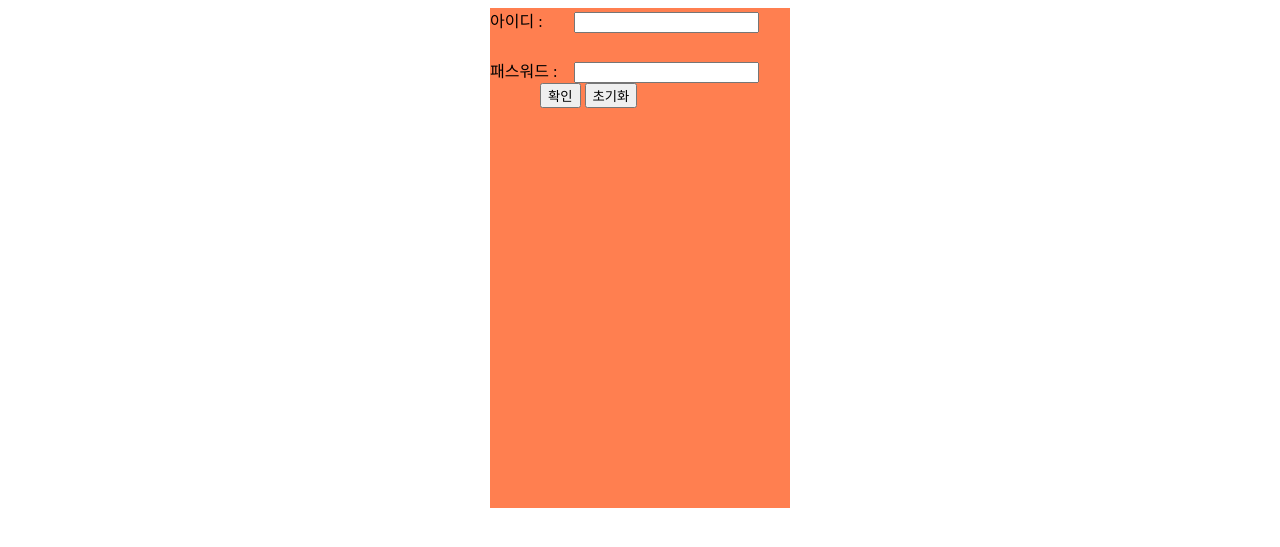
Repository: song-tata/jsp_servlet
Page: chap06/webContants/login.html
These files come from the project's save history. The page is drawn as it stood at one moment and after the next save; the edit follows.
The browser window is 1280 px wide. The pictures show the whole page.

Above is the page before, as saved 2023-05-17 06:36:46.

After the next save:
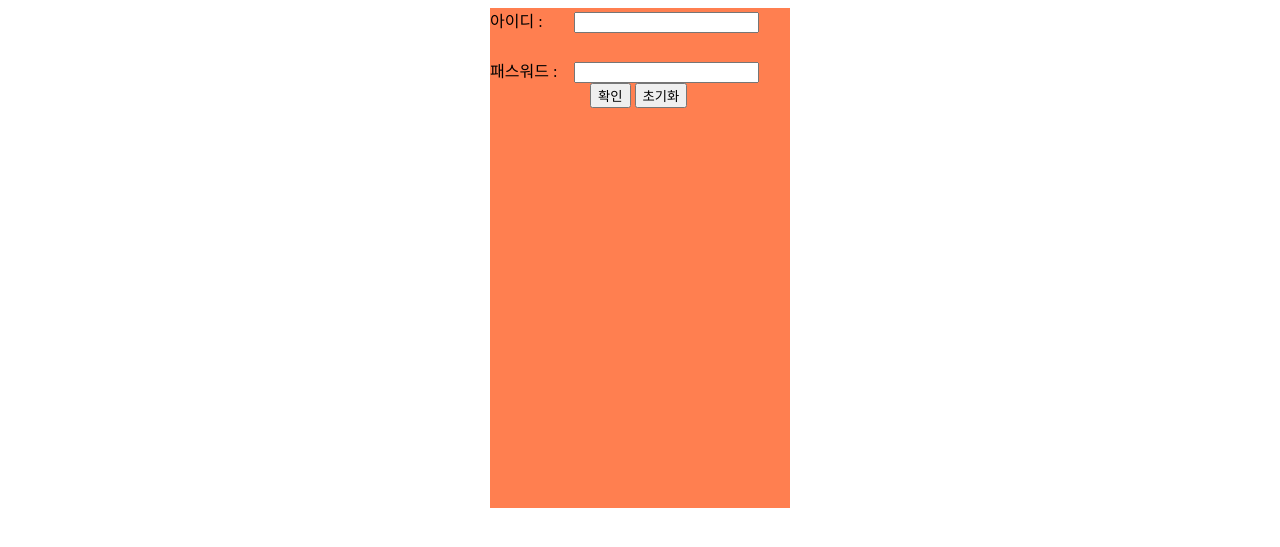
Saved 5 s later.
--- a/chap06/webContants/login.html
+++ b/chap06/webContants/login.html
@@ -26,7 +26,7 @@
 }
 .buttonwrap{
 margin:auto;
-width: 200px;
+width: 100px;
 }
 </style>
 </head>

After the save that followed:
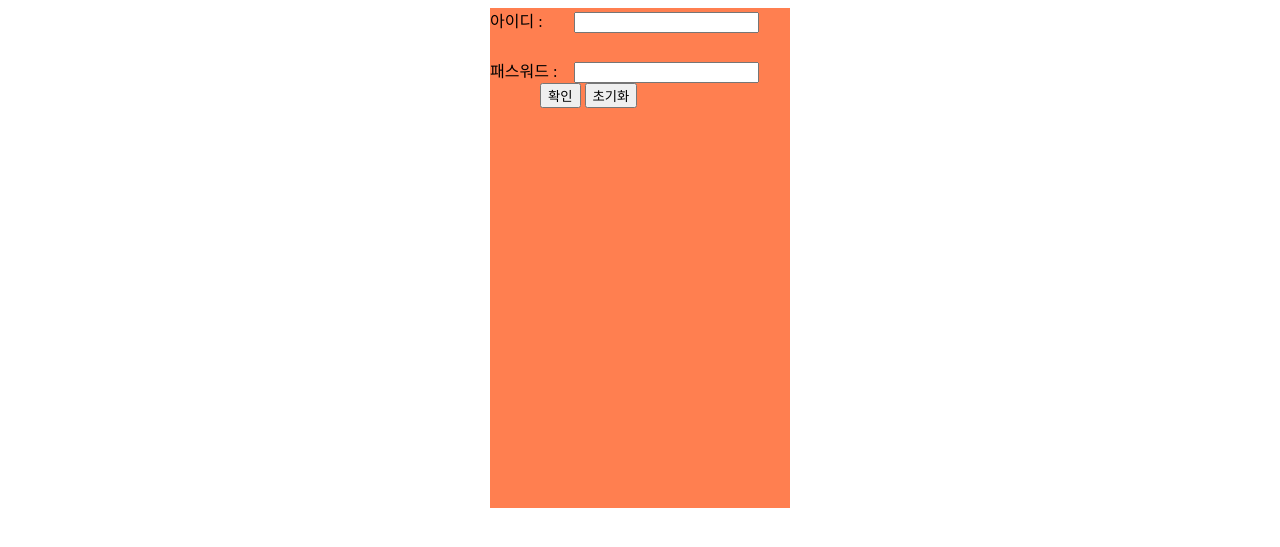
Saved 7 s later.
--- a/chap06/webContants/login.html
+++ b/chap06/webContants/login.html
@@ -26,7 +26,7 @@
 }
 .buttonwrap{
 margin:auto;
-width: 100px;
+width: 200px;
 }
 </style>
 </head>
